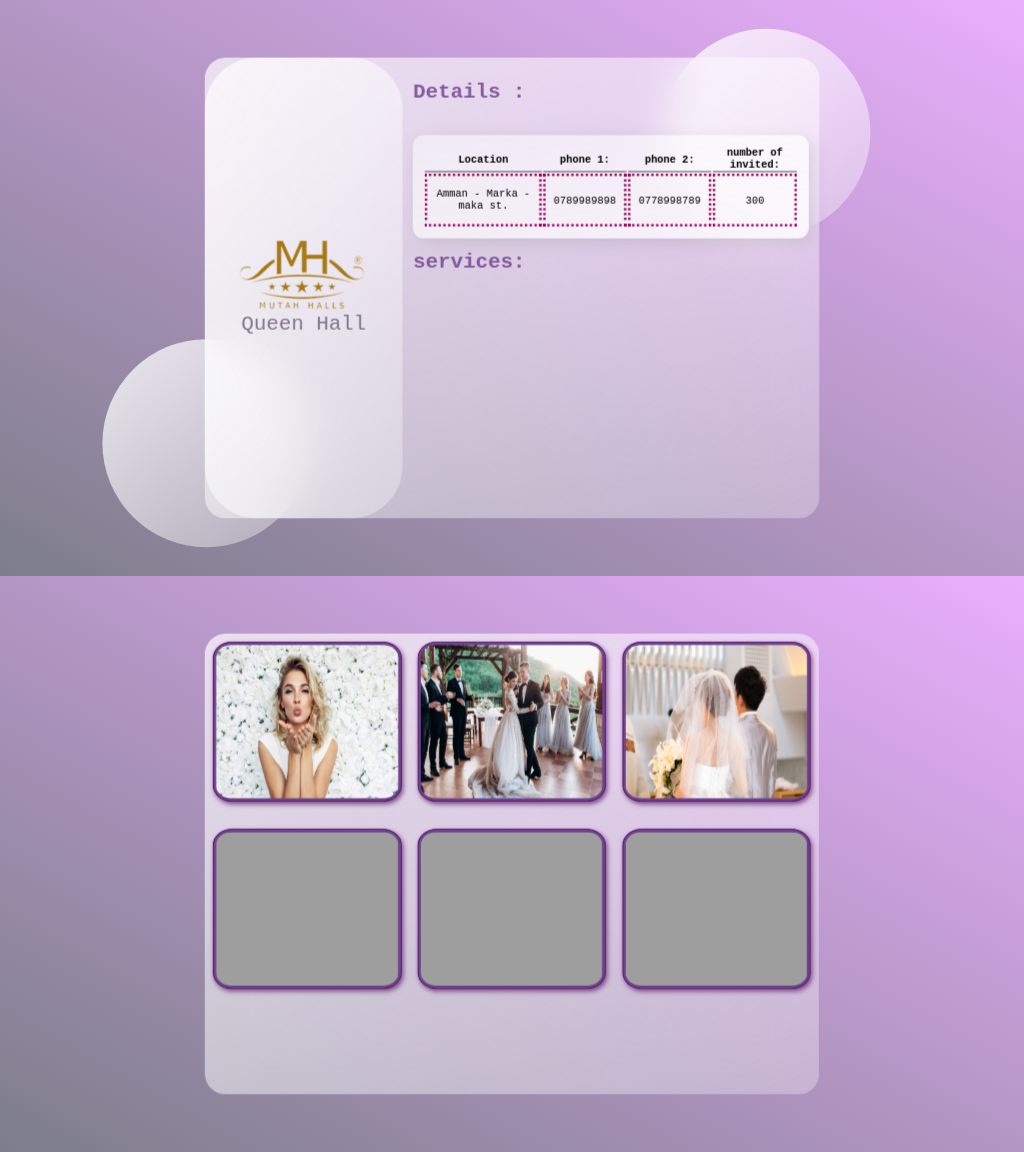
Repository: special4Party/Graduation-project-wedding-hall
Page: include/temp/hall_profile.html
An editor plug-in stored every save of this project. The page is shown before and after the next save, followed by the edit.
The browser window is 1280 px wide. The pictures show the whole page, at 80% of full size.
Pictures or frames that could not be fetched are drawn as grey boxes.

Above is the page before, as saved 2022-04-29 23:27:50.

### include/temp/hall_profile.html
<!DOCTYPE html>
<html lang="en">
<head>
    <meta charset="UTF-8">
    <link rel="stylesheet" href="/layout/css/hall_profile.css">
    <title>Halls Profile Page</title>
</head>
<body>
    <main>
        <section class="glass">
          <div class="dashboard">
            <div class="user">
              <img src="/images/halls/1.png" alt="" />
              <h2>Queen Hall</h2>
            </div>
          </div>
          <div class="games">
            <div class="status">
              <h1>Details :</h1>
            </div>
            <div class="cards">
              <div class="card">
                <div class="card-info">
                  <!-- <h2>Assassins Creed Valhalla</h2>
                  <p>PS5 Version Lorem, ipsum dolor sit amet consectetur adipisicing elit. Nam dolores iusto laboriosam non suscipit itaque, commodi quod fuga consectetur eum adipisci quaerat neque ea. Culpa veniam reprehenderit quia accusamus molestias.</p> -->
                  <table class="table">
                    <thead>
                        <tr>
                            <th>Location</th>
                            <th>phone 1: </th>
                            <th>phone 2: </th>
                            <th>number of invited: </th>
                        </tr>
                    </thead>
                    <tbody>
                        <tr>
                            <td>Amman - Marka - maka st.</td>
                            <td>0789989898</td>
                            <td>0778998789</td>
                            <td>300</td>
                        </tr>

                    </tbody>
                </table>
            </div>
          </div>
          <!-- -------Details------- -->
          <div class="status">
            <h1>services: </h1>
        </div>
        </div>
    </div>
        </section>

      </main>
      <main>
        <section class="glass">
            <div class="img-hall">
                <div class="our-work">
                    <div><img src="/images/img/14.jpg" alt="test" width="200" height="200"></div>
                    <div><img src="/images/img/12.jpg" alt="test" width="200" height="200"></div>
                    <div><img src="/images/img/6.jpg" alt="test" width="200" height="200"></div>
                    <div><img src="/images/img/17.jpg" alt="test" width="200" height="200"></div>
                    <div><img src="/images/img/28.jpg" alt="test" width="200" height="200"></div>
                    <div><img src="/images/img/38.jpg" alt="test" width="200" height="200"></div>
                </div>
            </div>
        </section>
      </main>
      <div class="circle1"></div>
      <div class="circle2"></div>
</body>
</html>

### layout/css/hall_profile.css
* {
    margin: 0;
    padding: 0;
    font-family: monospace;
    box-sizing: border-box;
}

h1 {
    color: #6b3c89;
    font-weight:bold;
    font-size: 2rem;
    opacity: 0.8;
    padding-top: 15px;
}
h2,
p {
    color: #64586e;
    font-weight: 500;
    opacity: 0.8;
}
h2{
    font-size: 2rem ;
}
h3 {
    color: #6b3c89;
    font-weight: 600;
    opacity: 0.8;
}

main {
    font-family: "Poppins", sans-serif;
    min-height: 100vh;
    background: linear-gradient(to right top, #7d7e8b, #c51ffb5c);
    display: flex;
    align-items: center;
    justify-content: center;
}

.glass {
    background: white;
    min-height: 80vh;
    width: 60%;
    background: linear-gradient(
        to right bottom,
        rgba(255, 255, 255, 0.7),
        rgba(255, 255, 255, 0.3)
    );
    border-radius: 2rem;
    z-index: 2;
    backdrop-filter: blur(2rem);
    display: flex;
}
.circle1,
.circle2 {
    background: white;
    background: linear-gradient(
        to right bottom,
        rgba(255, 255, 255, 0.8),
        rgba(255, 255, 255, 0.3)
    );
    height: 20rem;
    width: 20rem;
    position: absolute;
    border-radius: 50%;
}

.circle1 {
    top: 5%;
    right: 15%;
}
.circle2 {
    bottom: 5%;
    left: 10%;
}
.dashboard {
    flex: 1;
    display: flex;
    flex-direction: column;
    align-items: center;
    justify-content: space-evenly;
    text-align: center;
    background: linear-gradient(
        to right bottom,
        rgba(255, 255, 255, 0.7),
        rgba(255, 255, 255, 0.3)
    );
    border-radius: 5rem;
}
/* GAMES */
.status {
    margin-bottom: 3rem;
}

.status input {
    background: linear-gradient(
        to right bottom,
        rgba(255, 255, 255, 0.7),
        rgba(255, 255, 255, 0.3)
    );
    border: none;
    width: 50%;
    padding: 0.5rem;
    border-radius: 2rem;
}

.games {
    margin: 1rem;
    display: flex;
    flex: 2;
    flex-direction: column;
    justify-content: flex-start;
}

.card {
    /* display: flex; */
    background: linear-gradient( to left top, rgba(255, 255, 255, 0.8), rgba(255, 255, 255, 0.5) );
    border-radius: 1rem;
    margin: 0rem 0rem;
    padding: 1rem;
    box-shadow: 6px 6px 20px rgb(122 122 122 / 21%);
    justify-content: space-between;
}

.card-info {
    display: flex;
    flex-direction: column;
    justify-content: space-between;
    text-align: center;

}
table th{
    border-bottom: 1px solid rgb(39, 36, 36);
}
table td{
    border: 3px dotted rgb(158, 7, 100);
    padding: 15px 10px;
}

.our-work{
    overflow: hidden;
}
.our-work > div{  /* اشارة الاكبر معناها الديف اللي جواه فورا اول ابن له يعني */
    float: left;
    width: 33.3333%;
    margin-bottom: 10px;
}
.our-work > div img{
    width: 92%;
    margin: 10px;
    padding:3px ;
    border-radius: 10%;
    background-color: rgb(111, 66, 141);
    border: 1px solid rgb(80, 12, 100);
    box-shadow: 2px 3px 7px rgb(116, 68, 126);
}

After the next save:
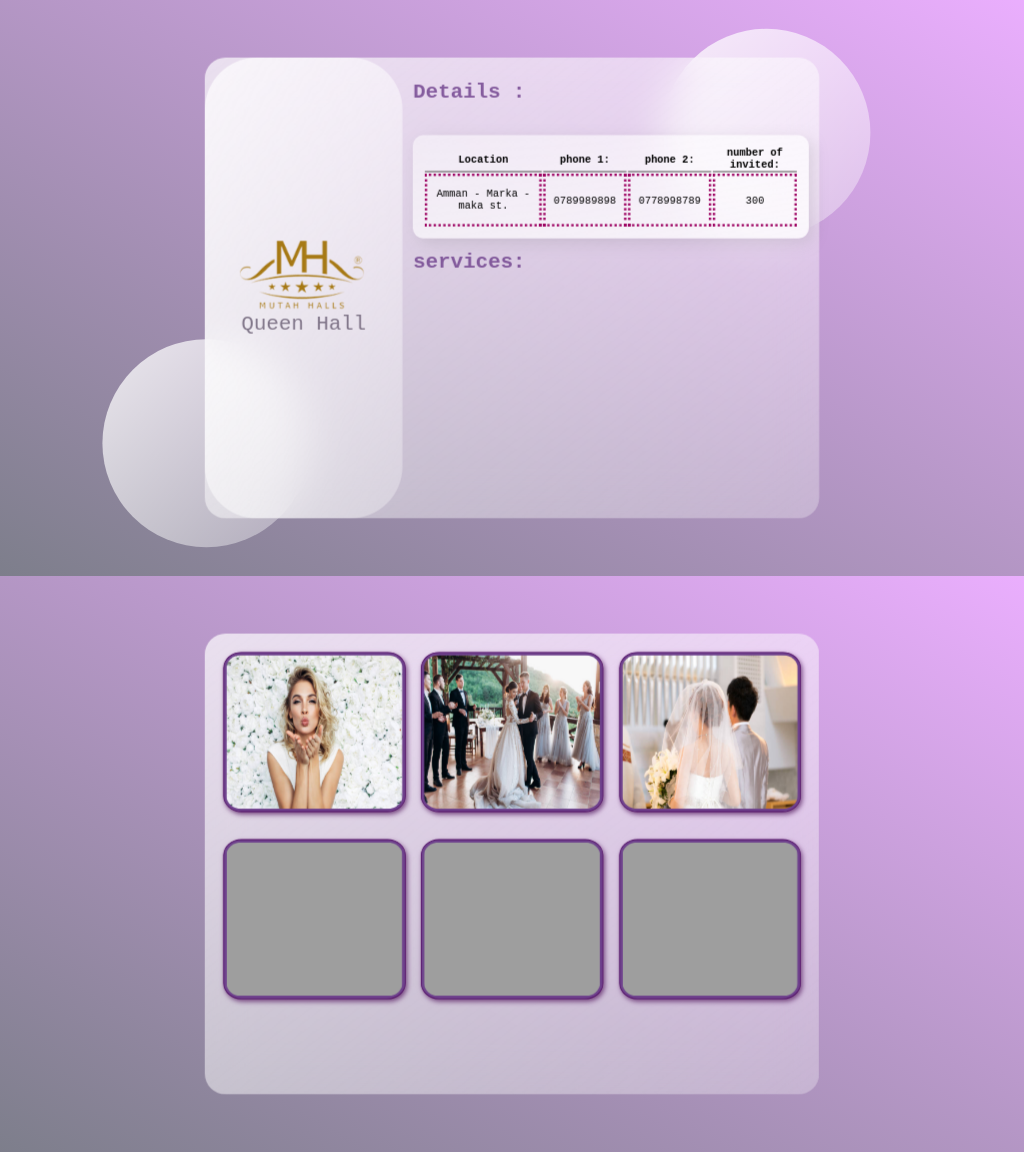
Saved 108 s later.
--- a/include/temp/hall_profile.html
+++ b/include/temp/hall_profile.html
@@ -55,7 +55,7 @@
       </main>
       <main>
         <section class="glass">
-            <div class="img-hall">
+            <div class="games">
                 <div class="our-work">
                     <div><img src="/images/img/14.jpg" alt="test" width="200" height="200"></div>
                     <div><img src="/images/img/12.jpg" alt="test" width="200" height="200"></div>
